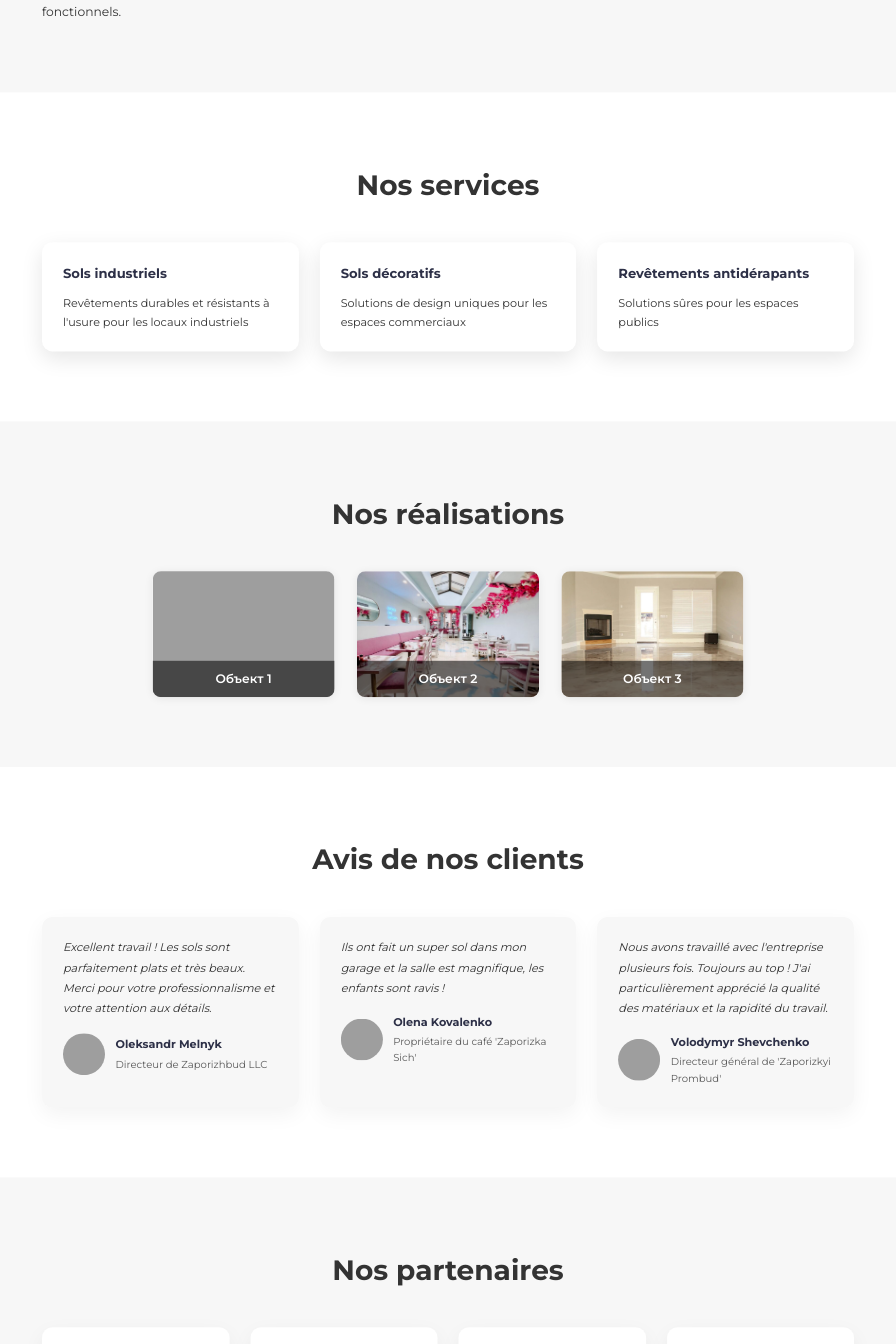
Repository: kerni-ca/kerni-ca
Page: index.html
An editor plug-in stored every save of this project. The page is shown before and after the next save, followed by the edit.
The browser window is 1280 px wide. The pictures show the part of the page from y = 1060 to 2980 px (the page is 4178 px tall), at 70% of full size.
Pictures or frames that could not be fetched are drawn as grey boxes. Backgrounds fixed to the window are drawn as part of the page.

Above is the page before, as saved 2025-07-04 13:35:41.

After the next save:
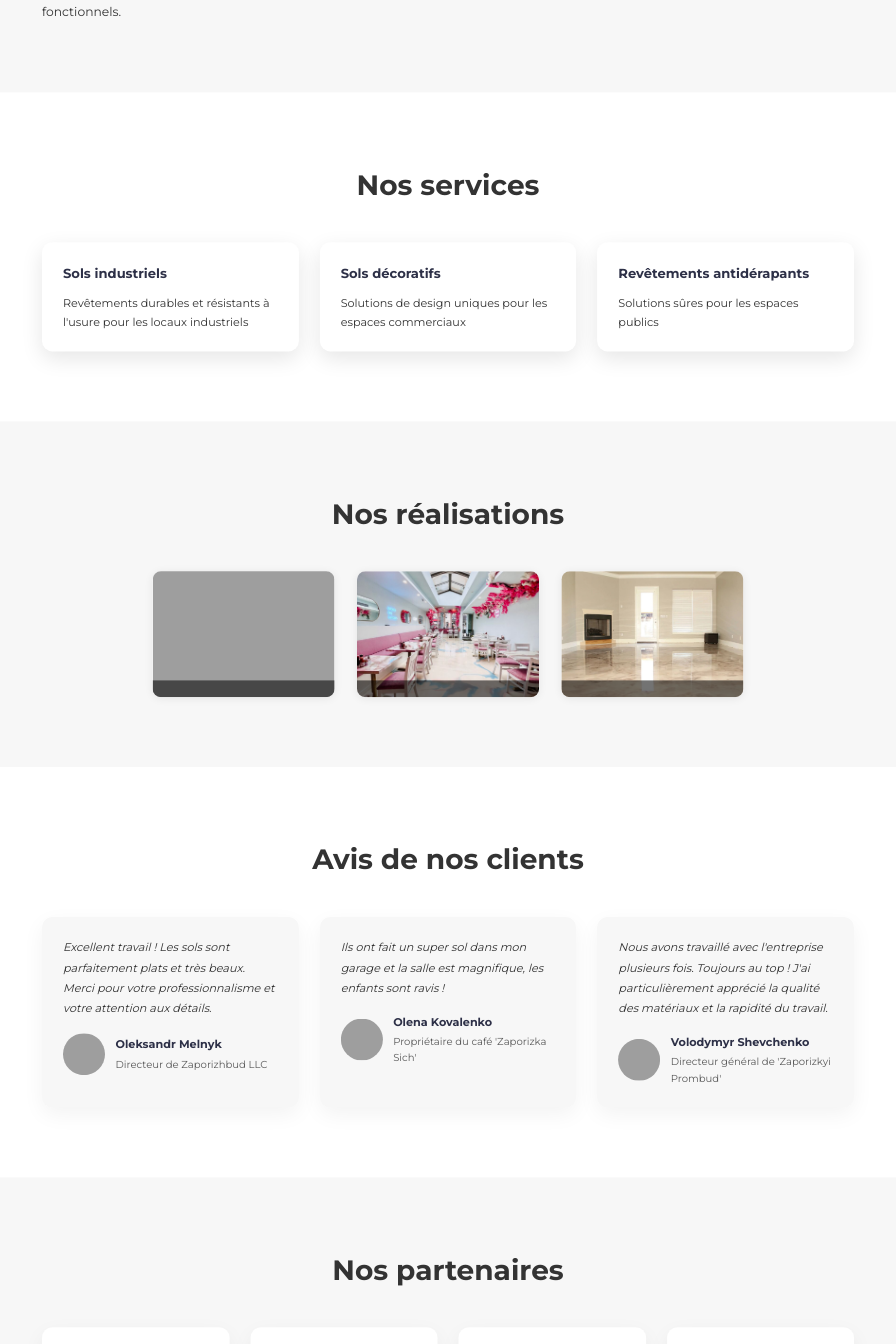
Saved 42 s later.
--- a/script.js
+++ b/script.js
@@ -105,7 +105,7 @@ function buildPortfolioTiles() {
     if (window.portfolioDescriptions[client.client] && window.portfolioDescriptions[client.client][0]) {
       tileDesc = window.portfolioDescriptions[client.client][0];
     } else {
-      tileDesc = `Объект ${client.client}`;
+      tileDesc = '';
     }
     const caption = document.createElement('div');
     caption.className = 'portfolio-tile-caption';
